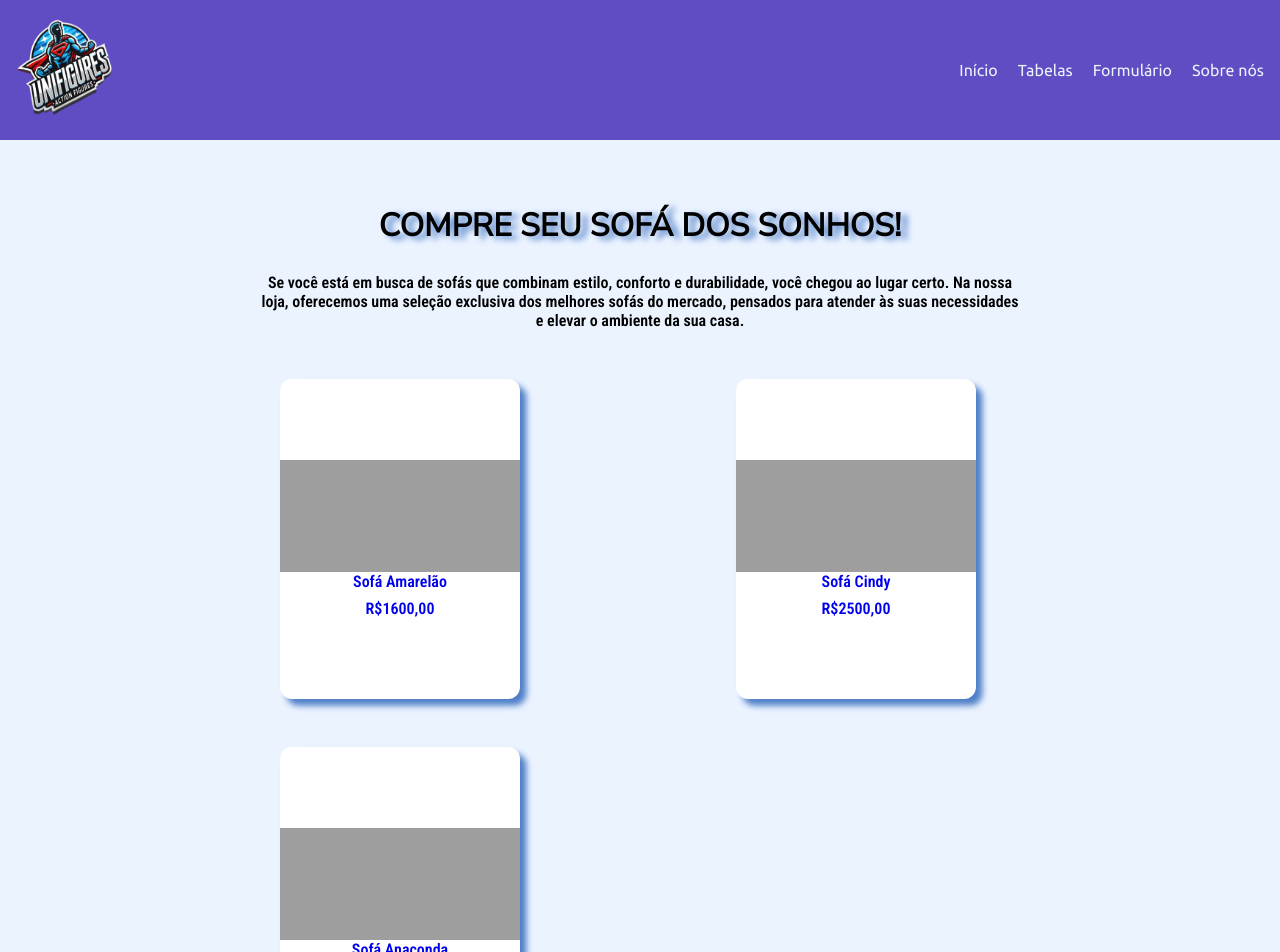
Repository: rafaelhaltarribaFacul/projeto-site
Page: home.html
An editor plug-in stored every save of this project. The page is shown before and after the next save, followed by the edit.
The browser window is 1280 px wide. The pictures show the part of the page from y = 0 to 952 px (the page is 1808 px tall before and 1788 px after).
Pictures or frames that could not be fetched are drawn as grey boxes. A picture or video elsewhere on the page could not be fetched, so the positions and the page height are approximate. Some web fonts or font styles are not loaded; a fallback is used.

Above is the page before, as saved 2024-09-19 20:24:26.

### home.html
<!DOCTYPE html>
<html lang="en">
  <head>
    <meta charset="UTF-8" />
    <meta name="viewport" content="width=device-width, initial-scale=1.0" />
    <link rel="stylesheet" href="css/home.css" />
    <title>UniFigures - A loja especialista em action figures!</title>
  </head>

  <body>
    <header class="cabecalho">
      <div class="cabecalho__logo">
        <a href="./home.html" class="link-logo" aria-label="Ir para a página inicial"><img src="assets/logo.png" alt=""></a>
      </div>
      <nav class="cabecalho__menu">
        <a class="menu" href="./home.html" aria-label="Ir para a página inicial">Início</a>
        <a class="menu" href="./produtos.html" aria-label="Ver tabelas de produtos">Tabelas</a>
        <a class="menu" href="./cadastro.html" aria-label="Ir para o formulário de contato">Formulário</a>
        <a class="menu" href="./sobre.html" aria-current="page" aria-label="Página atual: Sobre nós">Sobre nós</a>
      </nav>
    </header>

    <main>
      <div class="C-titulo">
        <div class="titulo">
          <h1>COMPRE SEU SOFÁ DOS SONHOS!</h1>
        </div>
        <p>
          Se você está em busca de sofás que combinam estilo, conforto e
          durabilidade, você chegou ao lugar certo. Na nossa loja, oferecemos uma
          seleção exclusiva dos melhores sofás do mercado, pensados para atender
          às suas necessidades e elevar o ambiente da sua casa.
        </p>
      </div>

      <div class="cart-items-container">
        <a href="produtos.html" aria-label="Ver detalhes do Sofá Amarelão">
          <div class="cart-item">
            <span class="itens-sofa">
              <img src="./img/amarelao.webp" alt="sofa amarelo" />
              <div class="content">
                <h3>Sofá Amarelão</h3>
                <div class="price">R$1600,00</div>
              </div>
            </span>
          </div>
        </a>
        <a href="produtos.html">
          <div class="cart-item">
            <span class="itens-sofa">
              <img src="./img/cindy.webp" alt="sofa marrom" />
              <div class="content">
                <h3>Sofá Cindy</h3>
                <div class="price">R$2500,00</div>
              </div>
            </span>
          </div>
        </a>
        <a href="produtos.html">
          <div class="cart-item">
            <span class="itens-sofa">
              <img src="./img/sofa-anaconda.webp" alt="sofa branco" />
              <div class="content">
                <h3>Sofá Anaconda</h3>
                <div class="price">R$3210,00</div>
              </div>
            </span>
          </div>
        </a>
      </div>
    </main>

    <footer class="rodape">
      <p class="rodape__links">
        Acesse nossas páginas nas redes sociais:
        <br />
      </p>
      <section class="icones__links">
        <a href="https://www.instagram.com/" rel="noopener noreferrer" aria-label="Siga-nos no Instagram">
          <img src="./img/icone-instagram.png" alt="Logo instagram" />
        </a>
        <a href="https://www.whatsapp.com/" rel="noopener noreferrer" aria-label="Entre em contato conosco pelo WhatsApp">
          <img src="./img/icone-whastapp.png" alt="Logo whatsapp" />
        </a>
        <a href="https://www.facebook.com/" rel="noopener noreferrer" aria-label="Siga-nos no Facebook">
          <img src="./img/icone-facebook.png" alt="Logo facebook" />
        </a>
        <a href="https://www.linkedin.com/" rel="noopener noreferrer" aria-label="Conecte-se conosco no LinkedIn">
          <img src="./img/icone-linkedin.png" alt="Logo linkedin" />
        </a>
      </section>
      <p class="rodape__paragrafo">
        <br />Copyright &copy; 2024 UniSofa. Todos os direitos reservados.<br />
        Endereço: Rodovia, SC-401, 3730 - Saco Grande, Florianópolis - SC,
        88032-005
      </p>
    </footer>
  </body>
</html>

### css/home.css
@import url("https://fonts.googleapis.com/css2?family=New+Amsterdam&display=swap");
@import url("https://fonts.googleapis.com/css2?family=Ubuntu&display=swap");
@import url("https://fonts.googleapis.com/css2?family=Nunito+Sans:opsz@6..12&family=Ubuntu&display=swap");
@import url("https://fonts.googleapis.com/css2?family=Nunito+Sans:opsz@6..12&family=Roboto+Condensed:wght@600&family=Ubuntu&display=swap");

:root {
    --cor-principal: #604CC3;
    --cor-secundaria: #4d7ec7;
    --cor-terciaria: #99c2ff;
    --cor-quaternaria: #ebf3ff;
    --cor-quintenaria: #000001;


    --fonte-logo: "New Amsterdam", sans-serif;
    --fonte-principal: "Nunito Sans", sans-serif;
    --fonte-secundaria: "Roboto Condensed", sans-serif;
    --fonte-terciaria: "Ubuntu", sans-serif;

    font-size: 16px;
}

* {
    text-decoration: none;
    margin: 0;
    padding: 0;
    box-sizing: border-box;
}

body {
    background-color: var(--cor-quaternaria);
    color: var(--cor-quintenaria);
    font-family: var(--fonte-principal);
    margin: 0;
    padding: 0;
    min-height: 100vh;
    display: flex;
    flex-direction: column;
}

.cabecalho {
    display: flex;
    justify-content: space-between;
    align-items: center;
    padding: 1rem;
    flex-wrap: wrap;
    background-color: var(--cor-principal);
}

.cabecalho__logo {
    margin-bottom: 0.5rem;
}

.cabecalho__logo img {
    height: 100px;
    width: 100px;
    display: flex;
    flex-wrap: wrap;
    gap: 1rem;
}

.cabecalho__menu {
    display: flex;
    gap: 1rem;
    flex-wrap: wrap;
}

.link-logo {
    font-family: var(--fonte-logo);
    color: var(--cor-quaternaria);
    font-size: 3rem;
}

.cabecalho__menu {
    display: flex;
    gap: 1.25rem;
}

.menu {
    color: var(--cor-quaternaria);
    font-family: var(--fonte-terciaria);
}

.rodape {
    background-color: var(--cor-pricipal);
    color: var(--cor-quaternaria);
    text-align: center;
    padding: 1rem;
    margin-top: auto;
}

.icones__links {
    display: inline;
}

.rodape__paragrafo {
    margin-top: -15px;
}

@media (max-width: 768px) {
    .cabecalho {
        flex-direction: column;
        align-items: flex-start;
        padding: 1rem;
    }

    .cabecalho__menu {
        flex-direction: column;
        gap: 0.5rem;
        margin-top: 1rem;
    }

    .cart-items-container {
        gap: 2rem 6rem;
        width: 80vw;
        padding: 16px;
    }

    .cart-items-container .cart-item {
        width: 12rem;
    }
}

.cart-items-container {
    display: grid;
    grid-template-columns: repeat(auto-fit, minmax(200px, 1fr));
    gap: 3rem 12rem;
    width: 60vw;
    margin: auto;
    margin-top: 16px;
    background-color: var(--cor-quaternaria);
    padding: 24px;
}

.cart-items-container .cart-item {
    display: flex;
    align-items: center;
    width: 15rem;
    background-color: white;
    box-shadow: var(--cor-secundaria) 0.4em 0.4em 0.4em;
    height: 20rem;
    border-radius: 12px;
}

.cart-items-container .cart-item .itens-sofa {
    display: flex;
    flex-direction: column;
    font-size: 2rem;
    cursor: pointer;
    text-align: center;
    width: 15rem;
}

.cart-items-container .cart-item .itens-sofa:hover {
    color: var(--cor-pricipal);
}

.cart-items-container .cart-item img {
    height: 7rem;
    width: 15rem;
}

.cart-items-container .cart-item .content h3 {
    font-size: 1rem;
    color: var(--cor-pricipal);
    font-family: var(--fonte-secundaria);
    padding-bottom: .5rem;
}

.cart-items-container .cart-item .content .price {
    font-size: 1rem;
    color: var(--cor-pricipal);
    font-family: var(--fonte-secundaria);
}

.titulo {
    font-family: var(--fonte-principal);
    text-align: center;
    color: var(--cor-pricipal);
    text-shadow: var(--cor-secundaria) 0.4em 0.2em 0.4em;
    margin-top: 5%;
    margin-bottom: 2%;
}

.C-titulo p {
    font-family: var(--fonte-secundaria);
    color: var(--cor-quintenaria);
    text-align: center;
    margin: auto;
    width: 60vw;
    margin-bottom: 2%;
}

@media screen and (max-width: 480px) {
    .cabecalho__menu {
        flex-direction: column;
        align-items: flex-start;
    }
}

After the next save:
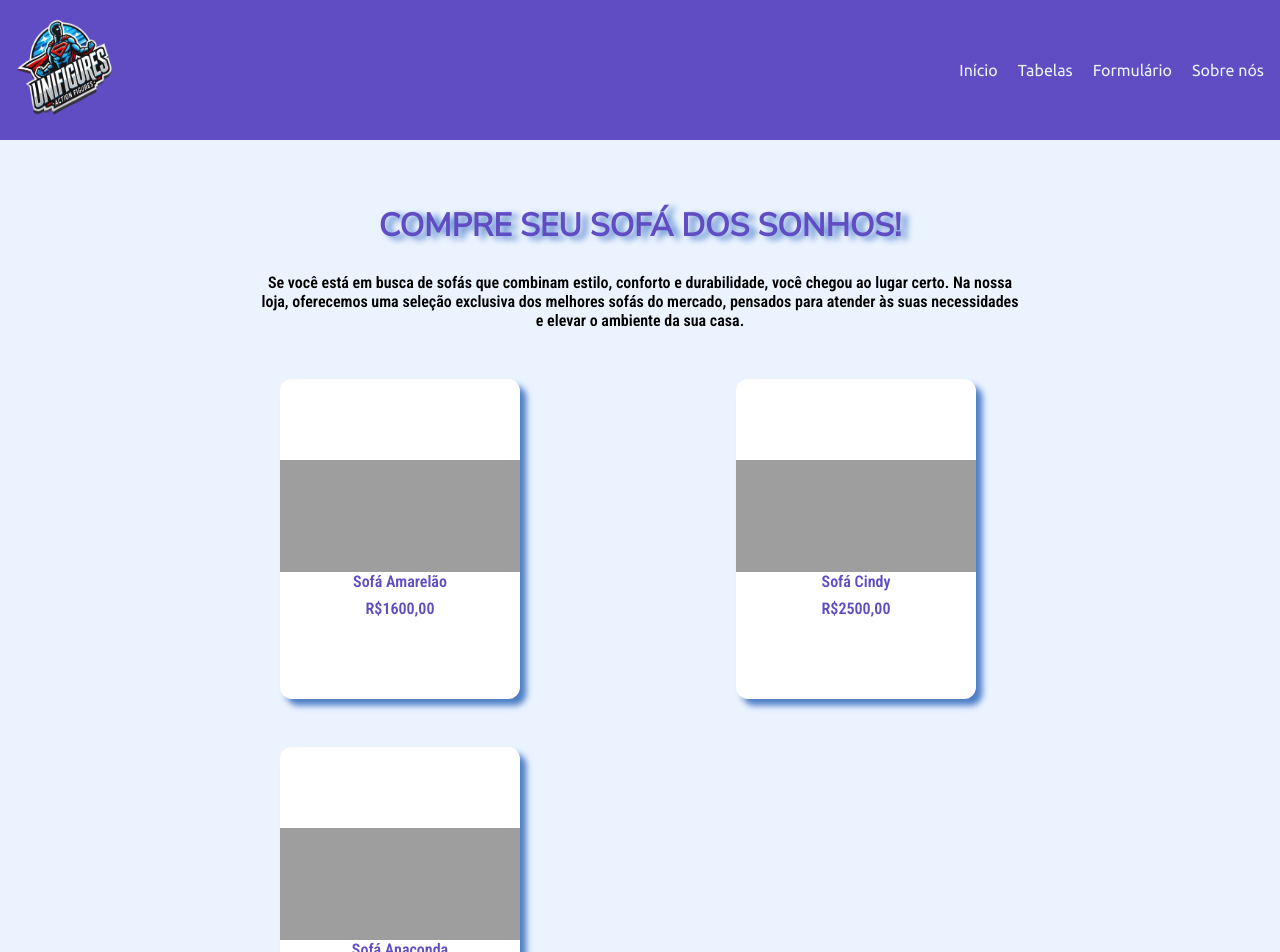
Saved 2 min 36 s later.
--- a/css/home.css
+++ b/css/home.css
@@ -4,7 +4,7 @@
 @import url("https://fonts.googleapis.com/css2?family=Nunito+Sans:opsz@6..12&family=Roboto+Condensed:wght@600&family=Ubuntu&display=swap");
 
 :root {
-    --cor-principal: #604CC3;
+    --cor-pricipal: #604CC3;
     --cor-secundaria: #4d7ec7;
     --cor-terciaria: #99c2ff;
     --cor-quaternaria: #ebf3ff;
@@ -29,7 +29,7 @@
 body {
     background-color: var(--cor-quaternaria);
     color: var(--cor-quintenaria);
-    font-family: var(--fonte-principal);
+    font-family: var(--fonte-pricipal);
     margin: 0;
     padding: 0;
     min-height: 100vh;
@@ -43,7 +43,7 @@ body {
     align-items: center;
     padding: 1rem;
     flex-wrap: wrap;
-    background-color: var(--cor-principal);
+    background-color: var(--cor-pricipal);
 }
 
 .cabecalho__logo {
